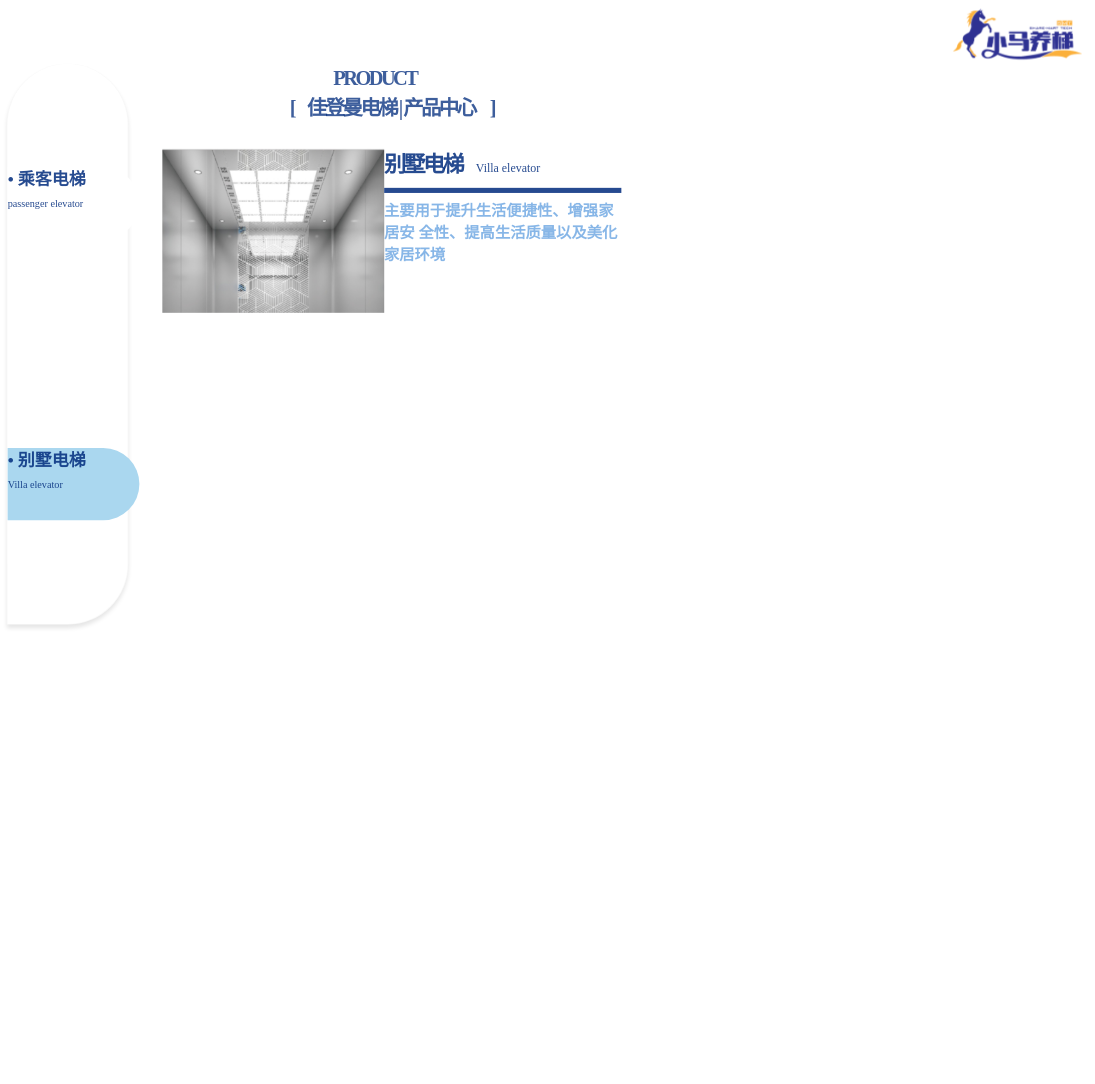
Repository: XIE-code/elevator-ipad
Page: /#/product/Villa
The author's editor kept a copy of each file at every save. The page is drawn from the files as they stood at one save, then again after the next save.
The browser window is 1280 px wide. The page is 1288 px wide, so the pictures cover 1288 px, including what lies to the right of the window. The pictures show the whole page, at 85% of full size.
Pictures or frames that could not be fetched are drawn as grey boxes. The project was rebuilt for these pictures with package versions that can differ from the ones it lists, and the page was loaded fresh each time. Also part of the build but not shown: vue.config.js.

Above is the page before, as saved 2025-03-26 11:57:18.

After the next save:
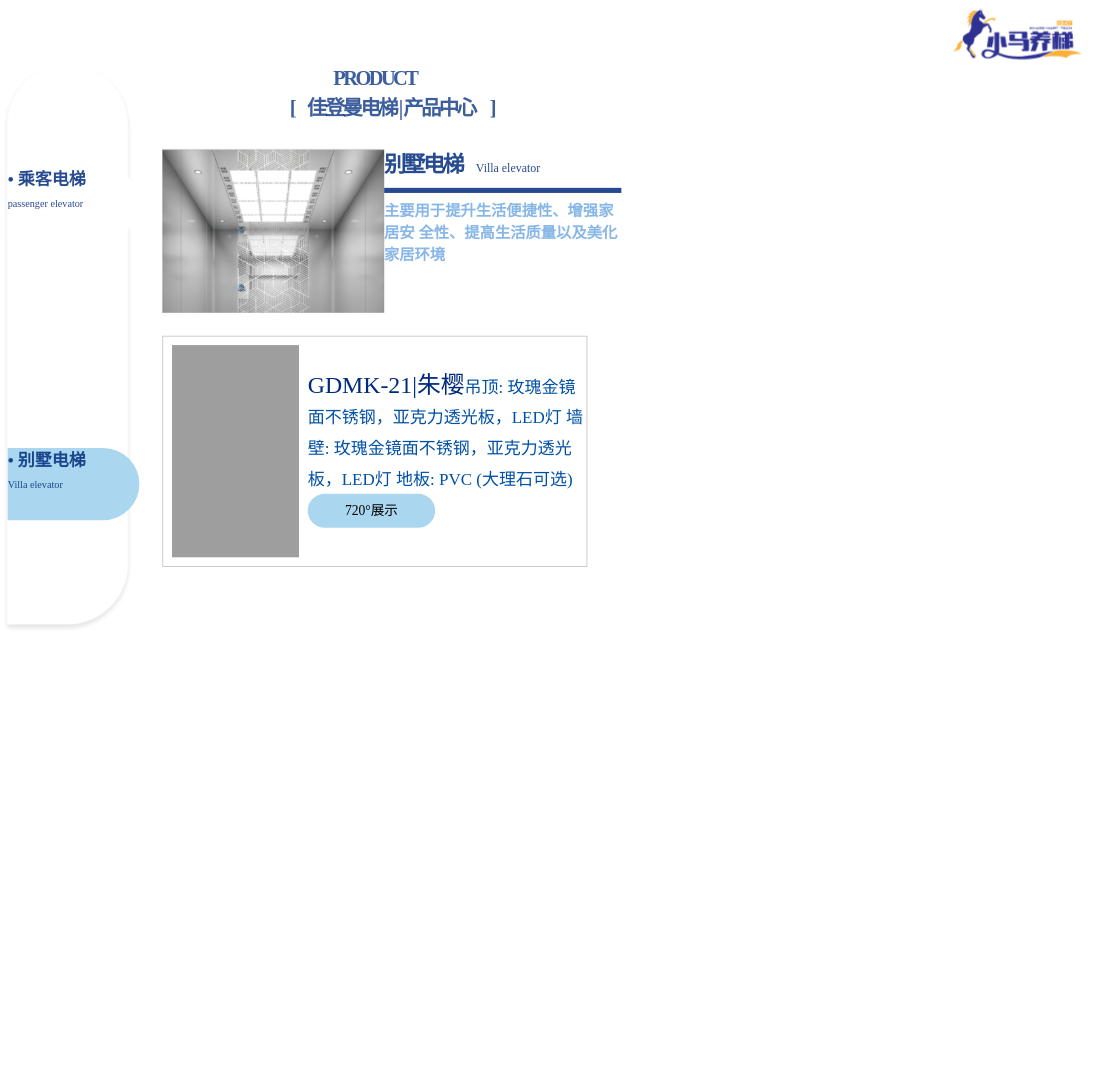
Saved 17 s later.
--- a/src/views/product/VillaElevator.vue
+++ b/src/views/product/VillaElevator.vue
@@ -81,19 +81,29 @@
     </div>
 </template>
 
-<script>
-export default {
-    data() {
-        return {};
+<script setup>
+import { ref } from "vue";
+import { useRouter } from "vue-router";
+
+const router = useRouter();
+
+// 定义电梯产品数据
+const elist = ref([
+    {
+        imgUrl: "/images/elevator_images/image20.png",
+        name: "GDMK-21|朱樱",
+        description:
+            "吊顶: 玫瑰金镜面不锈钢，亚克力透光板，LED灯\n墙壁: 玫瑰金镜面不锈钢，亚克力透光板，LED灯\n地板: PVC (大理石可选)",
+        link: "http://my.3vfang.com/p/share/content.php?m=a3I4MDM5LWl0ZW09NTIwNTc=",
     },
-    methods: {
-        gotoVilla() {
-            this.$router.push("/product/Villa");
-        },
-        gotPassenger() {
-            this.$router.push("/");
-        },
-    },
+]);
+
+const gotoVilla = () => {
+    router.push("/product/Villa");
+};
+
+const gotPassenger = () => {
+    router.push("/");
 };
 </script>
 
